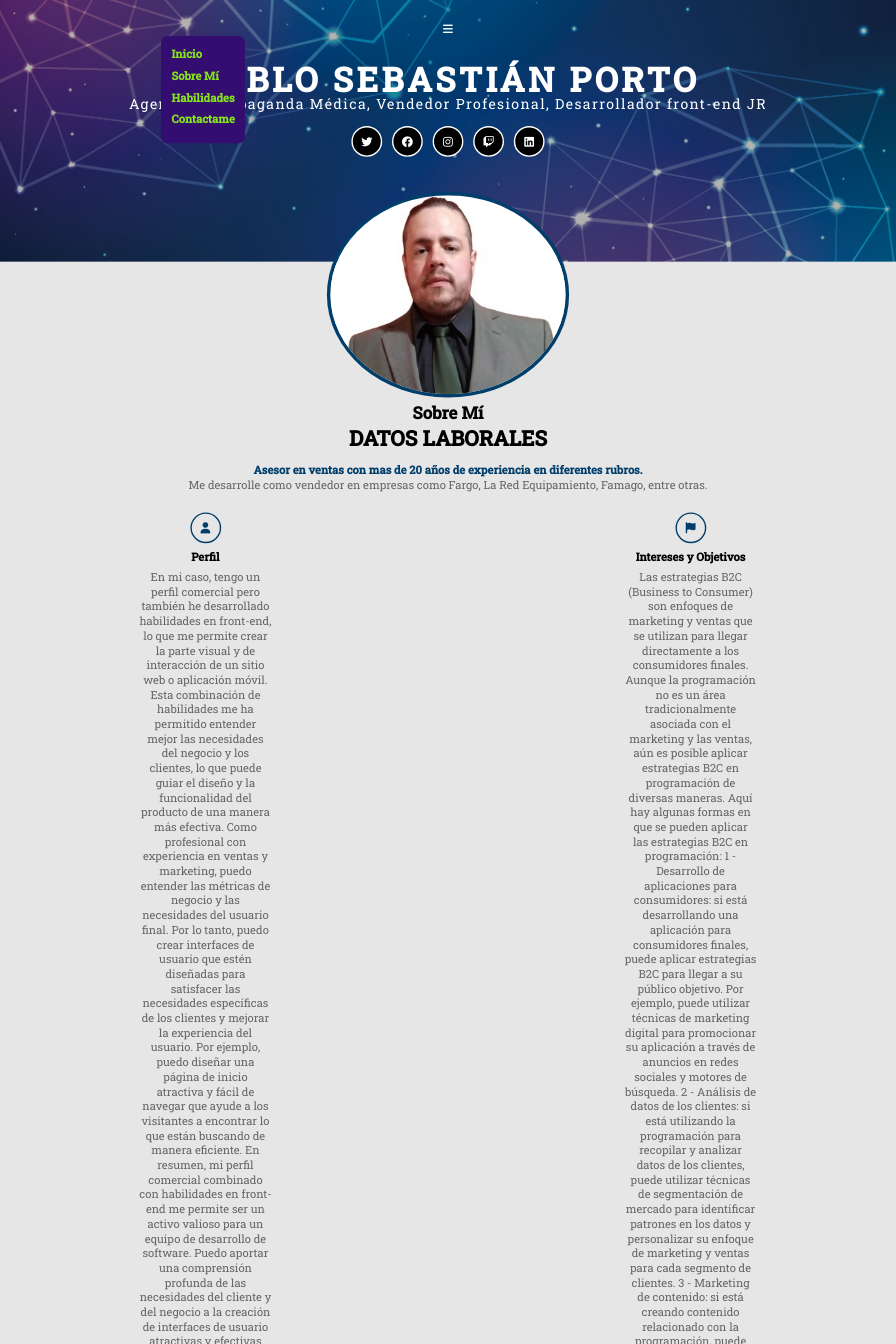
Repository: PabloSebastianPorto/Entrega-CV-1-ARG-PROG
Page: CVFINAL/CVfinal.HTML
The author's editor kept a copy of each file at every save. The page is drawn from the files as they stood at one save, then again after the next save.
The browser window is 1280 px wide. The pictures show the part of the page from y = 0 to 1920 px (the page is 2924 px tall), at 70% of full size.
Some web libraries are served in a nearby version.

Above is the page before, as saved 2023-02-27 17:56:11.

### CVFINAL/CVfinal.HTML
<!DOCTYPE html>
<html lang="es">
  <head>
    <meta charset="UTF-8" />
    <meta http-equiv="X-UA-Compatible" content="IE=edge" />
    <meta name="viewport" content="width=device-width, initial-scale=1.0" />
    <title>Document</title>
    <link
      rel="stylesheet"
      href="https://cdnjs.cloudflare.com/ajax/libs/font-awesome/6.3.0/css/all.min.css"
      integrity="sha512-SzlrxWUlpfuzQ+pcUCosxcglQRNAq/DZjVsC0lE40xsADsfeQoEypE+enwcOiGjk/bSuGGKHEyjSoQ1zVisanQ=="
      crossorigin="anonymous"
      referrerpolicy="no-referrer"
    />
    <link rel="stylesheet" href="CVfinal.css" />
    <title>CV Pablo Sebastián Porto</title>
  </head>
  <body>
    <section class="inicio" id="inicio">
      <div class="contenido-seccion">
        <header>
          <div class="nav-clas"></div>
          <i class="fa-solid fa-bars"></i>
          <nav id="nav" class="nav">
            <a href="#Inicio">Inicio</a>
            <a href="#Sobre Mí">Sobre Mí</a>
            <a href="#Habilidades">Habilidades</a>
            <a href="#Contactame">Contactame</a>
          </nav>
        </header>
        <div class="info">
          <h1>PABLO SEBASTIÁN PORTO</h1>
          <h2>
            Agente de Propaganda Médica, Vendedor Profesional, Desarrollador
            front-end JR
          </h2>
          <div class="redes">
            <a href="#"><i class="fa-brands fa-twitter"></i></a>
            <a href="#"><i class="fa-brands fa-facebook"></i></a>
            <a href="#"><i class="fa-brands fa-instagram"></i></a>
            <a href="#"><i class="fa-brands fa-twitch"></i></a>
            <a href="#"><i class="fa-brands fa-linkedin"></i></a>
          </div>
        </div>
        <div class="foto">
          <img
            src="IMG/CVfoto.jpg"
            alt="Aca va una imagen, pero se la robaron"
          />
        </div>
      </div>
    </section>
    <section class="sobremi" id="sobremi">
      <div class="contenido-seccion">
        <h2 class="titulo-seccion">Sobre Mí</h2>
        <h3>Datos Laborales</h3>
        <p class="especial">
          Asesor en ventas con mas de 20 años de experiencia en diferentes
          rubros.
        </p>
        <p>
          Me desarrolle como vendedor en empresas como Fargo, La Red
          Equipamiento, Famago, entre otras.
        </p>
        <div class="fila">
          <div class="col">
            <i class="fa-solid fa-user"></i>
            <span class="titulo-detalle">Perfil</span>
            <p>
              En mi caso, tengo un perfil comercial pero también he desarrollado
              habilidades en front-end, lo que me permite crear la parte visual
              y de interacción de un sitio web o aplicación móvil. Esta
              combinación de habilidades me ha permitido entender mejor las
              necesidades del negocio y los clientes, lo que puede guiar el
              diseño y la funcionalidad del producto de una manera más efectiva.
              Como profesional con experiencia en ventas y marketing, puedo
              entender las métricas de negocio y las necesidades del usuario
              final. Por lo tanto, puedo crear interfaces de usuario que estén
              diseñadas para satisfacer las necesidades específicas de los
              clientes y mejorar la experiencia del usuario. Por ejemplo, puedo
              diseñar una página de inicio atractiva y fácil de navegar que
              ayude a los visitantes a encontrar lo que están buscando de manera
              eficiente. En resumen, mi perfil comercial combinado con
              habilidades en front-end me permite ser un activo valioso para un
              equipo de desarrollo de software. Puedo aportar una comprensión
              profunda de las necesidades del cliente y del negocio a la
              creación de interfaces de usuario atractivas y efectivas que
              satisfagan los objetivos comerciales y las necesidades de los
              usuarios finales.
            </p>
          </div>
          <div class="col">
            <i class="fa-solid fa-flag"></i>
            <span class="titulo-detalle">Intereses y Objetivos</span>
            <p>
              Las estrategias B2C (Business to Consumer) son enfoques de
              marketing y ventas que se utilizan para llegar directamente a los
              consumidores finales. Aunque la programación no es un área
              tradicionalmente asociada con el marketing y las ventas, aún es
              posible aplicar estrategias B2C en programación de diversas
              maneras. Aquí hay algunas formas en que se pueden aplicar las
              estrategias B2C en programación: 1 - Desarrollo de aplicaciones
              para consumidores: si está desarrollando una aplicación para
              consumidores finales, puede aplicar estrategias B2C para llegar a
              su público objetivo. Por ejemplo, puede utilizar técnicas de
              marketing digital para promocionar su aplicación a través de
              anuncios en redes sociales y motores de búsqueda. 2 - Análisis de
              datos de los clientes: si está utilizando la programación para
              recopilar y analizar datos de los clientes, puede utilizar
              técnicas de segmentación de mercado para identificar patrones en
              los datos y personalizar su enfoque de marketing y ventas para
              cada segmento de clientes. 3 - Marketing de contenido: si está
              creando contenido relacionado con la programación, puede aplicar
              estrategias B2C para llegar a su audiencia objetivo. Por ejemplo,
              puede utilizar técnicas de SEO para optimizar su contenido para
              los motores de búsqueda y atraer a más consumidores finales. 4 -
              Comunicación directa con los clientes: si está desarrollando
              software o aplicaciones para empresas que luego serán utilizadas
              por consumidores finales, puede aplicar estrategias B2C para
              mejorar la comunicación directa con los clientes. Por ejemplo,
              puede utilizar herramientas de chat en vivo para permitir que los
              clientes se comuniquen directamente con su equipo de soporte
              técnico. En resumen, aunque la programación no está directamente
              relacionada con el marketing y las ventas, aún es posible aplicar
              estrategias B2C en programación para llegar a los consumidores
              finales de diversas maneras.
            </p>
          </div>
        </div>
      </div>
    </section>
  </body>
</html>

### CVFINAL/CVfinal.css
@import url("https://fonts.googleapis.com/css2?family=Roboto+Slab:wght@100;200;300;400;500&display=swap");
* {
  font-family: "Roboto Slab", serif;
  margin: 0;
  padding: 0;
}
html {
  scroll-behavior: smooth;
}
.inicio {
  background: linear-gradient(rgba(0, 0, 0, 0.3), rgba(0, 0, 0, 0.3)),
    url(IMG/imagen-fondo.jpg);
  background-size: cover;
  background-position: center center;
  color: #ffffff;
}
.inicio .contenido-seccion {
  max-width: 1000px;
  margin: auto;
  text-align: center;
  padding: 0 10px;
}
.inicio .contenido-seccion header {
  padding: 30px;
}
.inicio .contenido-seccion header nav {
  position: fixed;
  margin-left: 60px;
  background-color: #330d70;
  padding: 15px;
  border-radius: 10px;
  text-align: left;
  z-index: 99;
}
.inicio .contenido-seccion header nav a {
  display: block;
  color: #86e41b;
  text-decoration: none;
  margin-bottom: 10px;
  font-weight: bold;
}
.inicio .contenido-seccion header .nav-bar {
  position: fixed;
  background-color: #940253;
  font-size: 20px;
  width: 50px;
  height: 50px;
  border-radius: 50%;
  line-height: 50px;
  cursor: pointer;
  transition: 0.3s;
}
.inicio .contenido-seccion header .nav-bar:hover {
  box-shadow: 0 0 35px #fff;
}
.inicio .contenido-seccion .info {
  padding-bottom: 130px;
}
.inicio .contenido-seccion .info h1 {
  font-size: 3rem;
  letter-spacing: 5px;
}
.inicio .contenido-seccion .info h2 {
  font-weight: normal;
  font-size: 20px;
  margin-top: -10px;
  letter-spacing: 2px;
}
.inicio .contenido-seccion .info .redes {
  margin: 20px 0;
}
.inicio .contenido-seccion .info .redes a {
  display: inline-block;
  text-decoration: none;
  background-color: #000;
  color: #ffffff;
  border: 2px solid #ffffff;
  border-radius: 50%;
  width: 40px;
  height: 40px;
  line-height: 40px;
  margin: 0 5px;
  transition: 0.3s;
}
.inicio .contenido-seccion .info .redes a:hover {
  color: #fff;
  background-color: #003e6c;
  box-shadow: 0 0 20px #fff;
}
.inicio .contenido-seccion .foto {
  position: relative;
}
.inicio .contenido-seccion .foto img {
  max-width: 350px;
  max-height: 350px;
  border-radius: 50%;
  border: 5px solid #003e6c;
  position: absolute;
  left: 50%;
  top: -100px;
  transform: translateX(-50%);
}
.sobremi {
  background-color: #e6e6e6;
  padding: 200px 0 200px 0;
  text-align: center;
}
.sobremi .contenido-seccion {
  max-width: 3000px;
  margin: auto;
  padding: 0 10px;
}
.sobremi .contenido-seccion h3 {
  text-transform: uppercase;
  font-size: 30px;
}
.sobremi .contenido-seccion .especial {
  color: #003e6c;
  font-weight: bold;
  margin-top: 15px;
}
.sobremi .contenido-seccion p {
  max-width: 1000px;
  margin: auto;
  color: #666;
  padding-left: 5cm;
  padding-right: 5cm;
}
.sobremi .contenido-seccion .fila {
  display: flex;
  margin-top: 30px;
  justify-content: space-between;
}
.sobremi .contenido-seccion .fila .col {
  width: 45%;
}
.sobremi .contenido-seccion .fila .col i {
  color: #003e6c;
  display: inline-block;
  width: 40px;
  height: 40px;
  border: 2px solid #003e6c;
  line-height: 40px;
  border-radius: 50%;
}
.sobremi .contenido-seccion .fila .col span {
  display: block;
  font-weight: bold;
  margin: 8px 0;
}

After the next save:
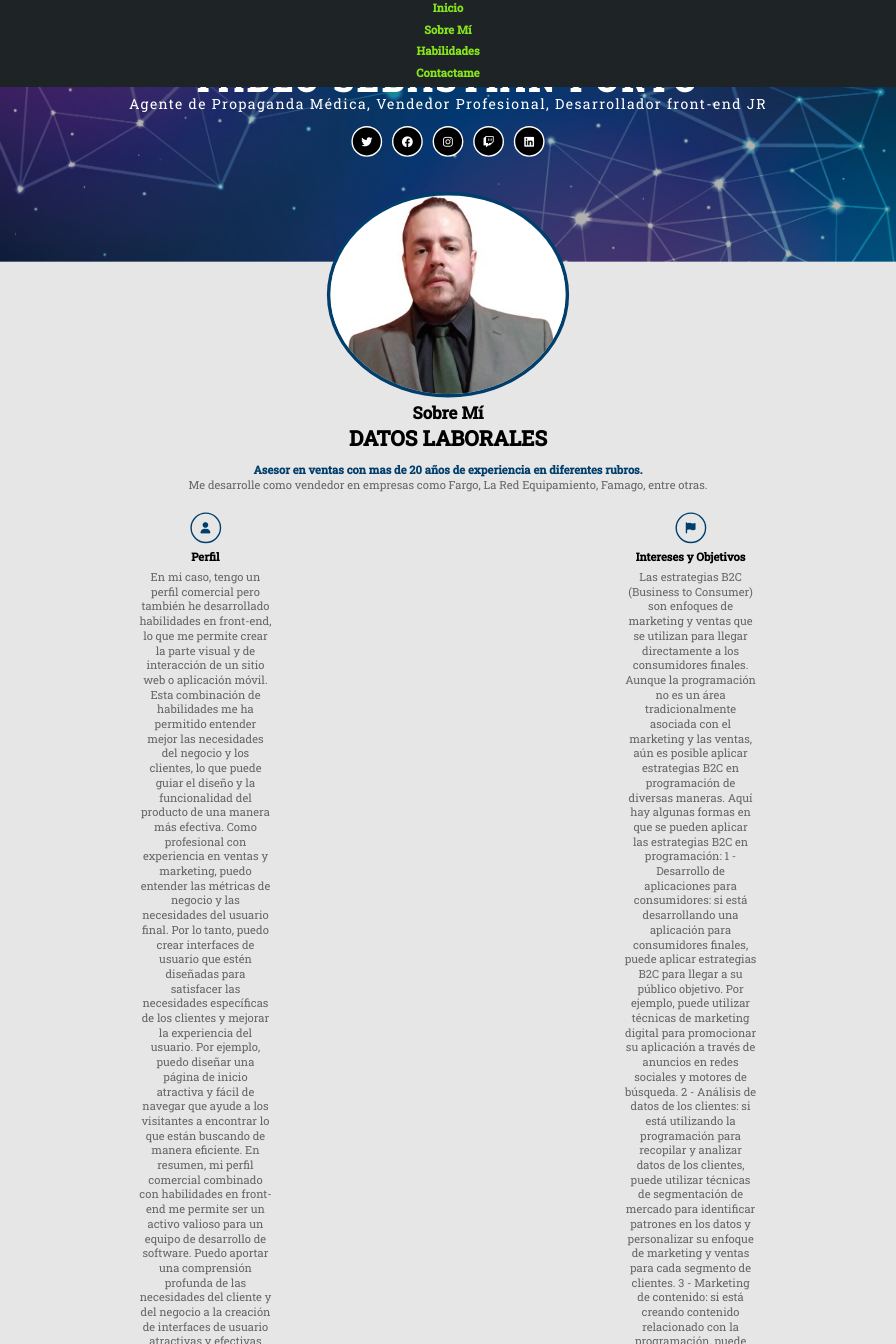
Saved 78 s later.
--- a/CVFINAL/CVfinal.css
+++ b/CVFINAL/CVfinal.css
@@ -24,12 +24,11 @@ html {
   padding: 30px;
 }
 .inicio .contenido-seccion header nav {
+  background: #1e2326;
   position: fixed;
-  margin-left: 60px;
-  background-color: #330d70;
-  padding: 15px;
-  border-radius: 10px;
-  text-align: left;
+  width: 100%;
+  top: 0;
+  left: 0;
   z-index: 99;
 }
 .inicio .contenido-seccion header nav a {
